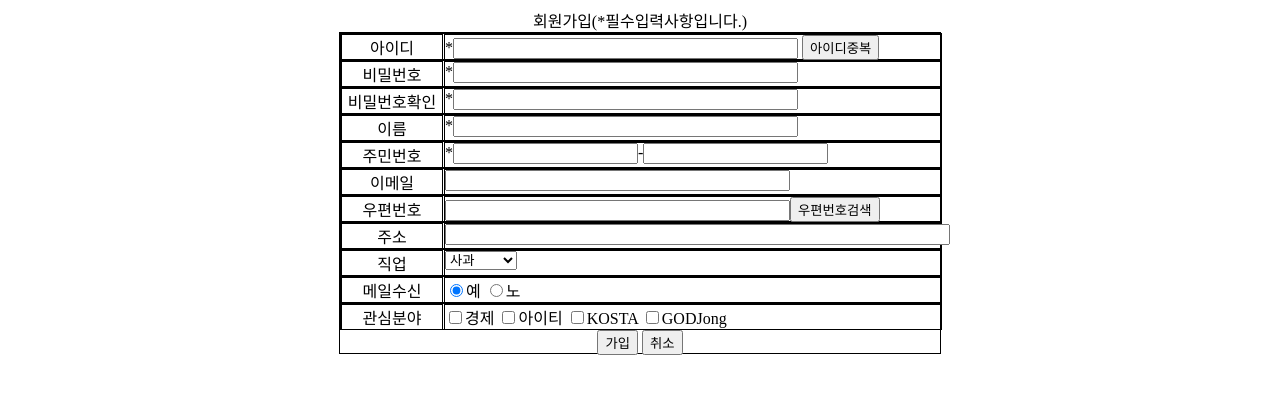
Repository: kms2413/project
Page: http://localhost/homepage/member/register.jsp
An editor plug-in stored every save of this project. The page is shown before and after the next save, followed by the edit.
The browser window is 1280 px wide. The pictures show the whole page.
The page is served by Tomcat 9.

Above is the page before, as saved 2014-09-12 07:15:40.

After the next save:
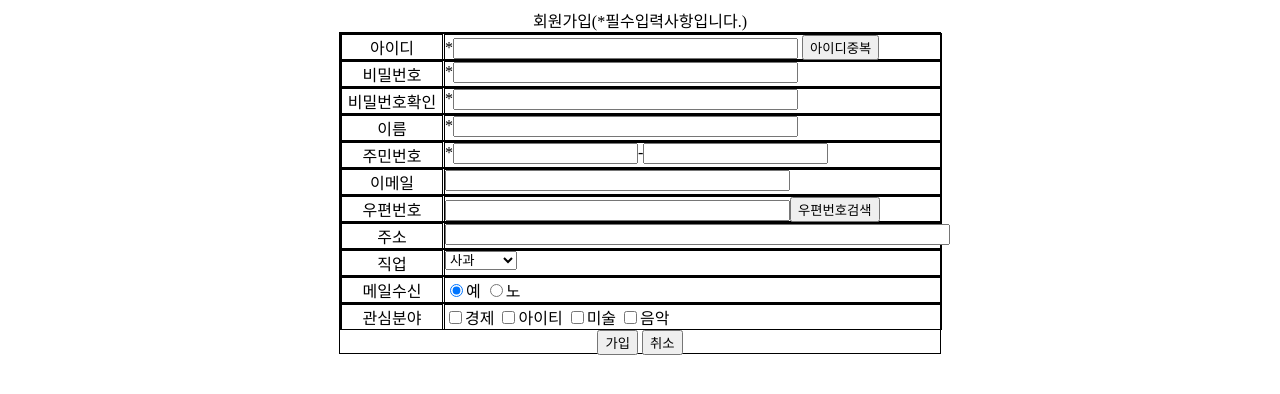
Saved 4 min 11 s later.
--- a/homepage/WebContent/member/register.jsp
+++ b/homepage/WebContent/member/register.jsp
@@ -75,10 +75,10 @@
 			<div class = "border_div">
 				<div class = "main_left">관심분야</div>
 				<div class = "main_right">
-					<input type = "checkbox" name = "interestValue" value = "java" />경제
-					<input type = "checkbox" name = "interestValue" value = "jsp" />아이티
-					<input type = "checkbox" name = "interestValue" value = "iphone" />KOSTA
-					<input type = "checkbox" name = "interestValue" value = "iphone" />GODJong
+					<input type = "checkbox" name = "interestValue" value = "경제" />경제
+					<input type = "checkbox" name = "interestValue" value = "IT" />아이티
+					<input type = "checkbox" name = "interestValue" value = "미술" />미술
+					<input type = "checkbox" name = "interestValue" value = "음악" />음악
 				</div>
 			</div>
 
